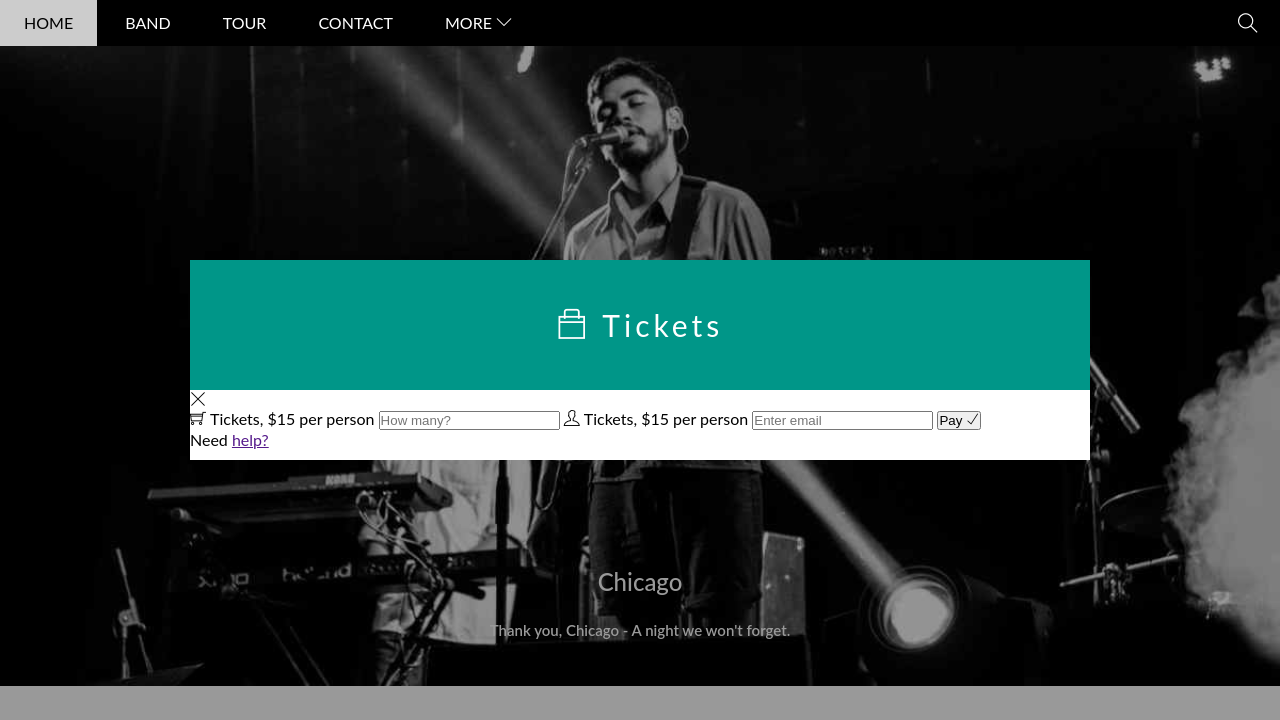
Repository: tatvanhco/web-dau-tay
Page: index.html
The author's editor kept a copy of each file at every save. The page is drawn from the files as they stood at one save, then again after the next save.
The browser window is 1280 px wide. The pictures show the window.
A layer covers the whole window, so only the first screen is drawn.

Above is the page before, as saved 2022-01-24 17:40:28.

### index.html
<!DOCTYPE html>
<html lang="en">
<head>
    <meta charset="UTF-8">
    <!-- <meta http-equiv="X-UA-Compatible" content="IE=edge"> -->
    <meta name="viewport" content="width=device-width, initial-scale=1.0">
    <title>the band</title>
    <link rel="shortcut icon" href="./assets/img/band/logo.png" type="image/x-icon">
    <link rel="stylesheet" href="./assets/fronts/themify-icons/themify-icons.css">
    <link rel="stylesheet" href="./assets/css/style.css">
    <link rel="stylesheet" href="./assets/css/responsive.css">
</head>
<body>
    <div id="main">
        <div id="header">
            <ul id="nav">
                <li><a href="#">home</a></li>
                <li><a href="#band">band</a></li>
                <li><a href="#tour">tour</a></li>
                <li><a href="#contact">contact</a></li>
                <li>
                    <a href="#">more
                        <i class="drop-down ti-angle-down"></i>
                    </a>
                    <div class="subnav">
                        <ul>
                            <li><a href="#">Merchandise</a></li>
                            <li><a href="#">Extras</a></li>
                            <li><a href="#">Media</a></li>
                        </ul>
                    </div>
                </li>
            </ul>
            <div class="search-btn">
                <i class="search-icon ti-search"></i>
            </div>
        </div>
        <div id="slide">
            <div class="text-content">
                <h2 class="text-heading">Chicago</h2>
                <div class="text-desc">Thank you, Chicago - A night we won't forget.</div>
            </div>
        </div>
        <div id="content">
            <div id="band" class="content-section">
                <h2 class="section-heading">THE BAND</h2>
                <p class="section-sub-heading">We love music</p>
                <p class="about">
                    We have created a fictional band website. Lorem ipsum dolor sit amet, consectetur adipiscing elit, sed do eiusmod tempor incididunt ut labore et dolore magna aliqua. Ut enim ad minim veniam, quis nostrud exercitation ullamco laboris nisi ut aliquip ex ea commodo consequat. Duis aute irure dolor in reprehenderit in voluptate velit esse cillum dolore eu fugiat nulla pariatur. Excepteur sint occaecat cupidatat non proident, sunt in culpa qui officia deserunt mollit anim id est laborum consectetur adipiscing elit, sed do eiusmod tempor incididunt ut labore et dolore magna aliqua. Ut enim ad minim veniam, quis nostrud exercitation ullamco laboris nisi ut aliquip ex ea commodo consequat.
                </p>
                <div class="row team">
                    <div class="col col-3 text-center">
                        <p class="team-name">Name</p>
                        <img src="./assets/img/band/member.jpg" class="team-img">
                    </div>

                    <div class="col col-3 text-center">
                        <p class="team-name">Name</p>
                        <img src="./assets/img/band/member.jpg" class="team-img">
                    </div>

                    <div class="col col-3 text-center">
                        <p class="team-name">Name</p>
                        <img src="./assets/img/band/member.jpg" class="team-img">
                    </div>
                </div>
            </div>

            <div id="tour" class="tour-section">
                <div class="content-section">
                    <h2 class="text-white section-heading">TOUR DATES</h2>
                    <p class="text-white section-sub-heading">Remember to book your tickets!</p>
                    <ul class="ticket-list">
                        <li>September<span class="soldout">Sold out</span></li>
                        <li>October<span class="soldout">Sold out</span></li>
                        <li>November<span class="quatity">3</span></li>
                    </ul>
                    <div class="row place-list">
                        <div class="col col-3">
                            <img src="./assets/img/places/place1.jpg" class="place-img">
                            <div class="place-body">
                                <h3 class="place-heading">New York</h3>
                                <p class="place-time">Fri 27 Nov 2016</p>
                                <p class="place-desc">Praesent tincidunt sed tellus ut rutrum sed vitae justo.</p>
                                <a href="#" class="btn">Buy Tickets</a>
                            </div>
                        </div>
                        <div class="col col-3">
                            <img src="./assets/img/places/place2.jpg" class="place-img">
                            <div class="place-body">
                                <h3 class="place-heading">Paris</h3>
                                <p class="place-time">Sat 28 Nov 2016</p>
                                <p class="place-desc">Praesent tincidunt sed tellus ut rutrum sed vitae justo.</p>
                                <a href="#" class="btn">Buy Tickets</a>
                            </div>
                        </div>
                        <div class="col col-3">
                            <img src="./assets/img/places/place3.jpg" class="place-img">
                            <div class="place-body">
                                <h3 class="place-heading">San Francisco</h3>
                                <p class="place-time">Sun 29 Nov 2016</p>
                                <p class="place-desc">Praesent tincidunt sed tellus ut rutrum sed vitae justo.</p>
                                <a href="#" class="btn">Buy Tickets</a>
                            </div>
                        </div>
                    </div>
                </div>
            </div>

            <div id="contact" class="content-section">
                <h2 class="section-heading">CONTACT</h2>
                <p class="section-sub-heading">Fan? Drop a note!</p>
                <div class="row contact-content">
                    <div class="col col-2 contact-info">
                        <p><i class="ti-location-pin"></i>Chicago, US</p>
                        <p><i class="ti-mobile"></i>Phone: +00 151515</p>
                        <p><i class="ti-email"></i>Email: mail@mail.com</p>
                    </div>
                    <div class="col col-2 contact-form">
                        <form action="">
                            <div class="row">
                                <div class="col col-2">
                                    <input type="text" placeholder="Name" required class="form-control">
                                </div>
                                <div class="col col-2">
                                    <input type="email" placeholder="Email" required class="form-control">
                                </div>
                            </div>
                            <div class="row mt-8">
                                <div class="col col-full">
                                    <input type="text" placeholder="Message" required class="form-control">
                                </div>
                            </div>
                            <input class="btn pull-right mt-16" type="submit" value="SEND">
                        </form>
                    </div>
                </div>
            </div>

            <div class="map-section">
                <img src="./assets/img/places/map.jpg" alt="map">
            </div>
        </div>

        <div id="footer">
            <div class="end-list">
                <a href=""><i class="ti-facebook"></i></a>
                <a href=""><i class="ti-instagram"></i></a>
                <a href=""><i class="ti-github"></i></a>
                <a href=""><i class="ti-pinterest"></i></a>
                <a href=""><i class="ti-twitter-alt"></i></a>
                <a href=""><i class="ti-linkedin"></i></a>
            </div>
            <p class="copy-right">Powered by <a href="https://www.w3schools.com/w3css/default.asp">W3.css</a></p>
        </div>
    </div>

    <div class="modal">
        <div class="modal-container">
            <header class="modal-header">
                <i class="ti-bag"></i>
                Tickets
            </header>
            <div class="close-btn">
                <i class="ti-close"></i>
            </div>
            <div class="modal-body">
                <label for="" class="modal-label">
                    <i class="ti-shopping-cart"></i>
                    Tickets, $15 per person
                </label>
                <input type="text" placeholder="How many?" class="modal-input">

                <label for="" class="modal-label">
                    <i class="ti-user"></i>
                    Tickets, $15 per person
                </label>
                <input type="email" placeholder="Enter email" class="modal-input">

                <button class="buy-titkets">
                    Pay <i class="ti-check"></i>
                </button>
            </div>
            <footer class="modal-footer">
                <p class="modal-help">Need <a href="">help?</a> </p>
            </footer>
        </div>
    </div>
</body>
</html>

### assets/css/style.css
/* reset trang */
* {
    margin: 0;
    padding: 0;
    box-sizing: border-box;
}

html {
    scroll-behavior: smooth;
    font-family: "Lato", sans-serif;
}
/* dùng chung */
.clear {
    clear: both;
}

.text-white {
    color: #fff !important;
}

.text-center {
    text-align: center;
}

.pull-right {
    float: right !important;
}

.btn {
    color: #fff;
    background-color: #000;
    text-decoration: none;
    padding: 12px 16px;
    margin-top: 15px;
    display: inline-block;
    border: none;
}

.btn:hover {
    color: #000;
    background-color: #ccc;
    cursor: pointer;
}


.row {
    margin-left: -8px;
    margin-right: -8px;
}

.row::after {
    content: "";
    display: block;
    clear: both;
}

.col {
    float: left;
    padding-left: 8px;
    padding-right: 8px;
}

.col-3 {
    width: 33.33333%;
}

.col-2 {
    width: 50%;
}

.col-full {
    width: 100%;
}

.mt-8 {
    margin-top: 8px !important;
}

.mt-16 {
    margin-top: 16px !important;
}
/* css từng thành phần */
#header {
    width: 100%;
    height: 46px;
    background-color: #000;
    position: fixed;
    top: 0;
    left: 0;
    right: 0;
    z-index: 1;
}
#nav {
    display: inline-block;
}

#nav > li {
    display: inline-block;
}

#nav li {
    position: relative;
    list-style-type: none;
}

#nav > li > a {
    color: #fff;
    text-transform: uppercase;
}

#nav li a {
    text-decoration: none;
    padding: 0 24px;
    line-height: 46px;
    display: block;

}

#nav li:hover .subnav {
    display: block;
}

#nav .subnav li:hover a,
#nav > li:hover > a {
    background-color: #ccc;
    color: #000;
}

#nav .subnav {
    display: none;
    min-width: 160px;
    position: absolute;
    top: 100%;
    left: 0;
    background-color: #fff;
    box-shadow: 0 0 10px rgba(0, 0, 0, 0.3);
}

#nav .subnav a {
    color: #000;
    padding: 0px 24px;
    line-height: 38px;
}

#header .search-btn {
    float: right;
    padding: 0 22px;
    cursor: pointer;
}

#header .search-btn:hover {
    background-color: #f44336;
}

#header .search-icon {
    color: #fff;
    font-size: 20px;
    line-height: 46px;
}

#slide {
    position: relative;
    margin-top: 46px;
    padding-top: 50%;
    background: url(/assets/img/slider/chicago.jpg) top center / cover no-repeat;
}

#slide .text-content {
    color: #fff;
    position: absolute;
    bottom: 47px;
    /* cách canh giữa
    left: 50%;
    transform: translateX(-50%); */
    width: 100%;
    text-align: center;
}

#slide .text-heading {
    font-weight: 500;
    font-size: 24px;
}

#slide .text-desc {
    font-weight: 600;
    margin-top: 25px;
    font-size: 15px;
}

#content {

}

#content .content-section {
    max-width: 800px;
    margin-left: auto;
    margin-right: auto;
    padding: 64px 0 112px;
}

#content .section-heading,
#content .section-sub-heading {
    text-align: center;
    margin: 25px 0;
}

#content .section-heading {
    font-size: 30px;
    font-weight: 500;
    letter-spacing: 4px;
}

#content .section-sub-heading {
    font-size: 15px;
    opacity: 0.5;
    font-style: italic;
}

#content .about {
    text-align: justify;
    line-height: 1.5;
}

#content .team {
    margin-top: 48px;
}

#content .team-name {
    margin: 15px 0;
}

#content .team-img {
    width: 60%;
    border-radius: 4px;
    text-align: center;
}

.tour-section {
    background-color: #000;
}

.ticket-list {
    background-color: #fff;
}

.ticket-list li {
    color: #757575;
    list-style-type: none;
    font-size: 15px;
    border: 1px solid #ddd;
    padding: 11px 16px;
}

.ticket-list .soldout {
    color: #fff;
    margin-left: 12px;
    padding: 5px 7px;
    background-color: #f44336;
}

.ticket-list .quatity {
    float: right;
    width: 24px;
    height: 24px;
    border-radius: 50%;
    background-color: #000;
    color: #fff;
    text-align: center;
    line-height: 24px;
    margin-top: -2px;
}

.place-list {
    /* margin: 32px 48px; */
    margin-top: 32px;
    /* margin-bottom: 48px; */
}

.place-img {
    width: 100%;
    display: block;
}

.place-img:hover {
    opacity: 0.6;
}

.place-body {
    background-color: #fff;
    padding: 16px;
    font-size: 15px;
}

.place-heading {
    font-size: 15px;
    font-weight: 600;
}

.place-time {
    color: #757575;
    margin-top: 15px;
}

.place-desc {
    margin-top: 15px;
}

/* contact-form */
.contact-content {
    margin-top: 48px;

}

.contact-info {
    font-size: 18px;
    line-height: 1.5;
}

.contact-info i[class*="ti-"] {
    width: 30px;
    display: inline-block;
}

.contact-form {
    font-size: 15px;
}

.contact-form .form-control {
    padding: 10px;
    border: 1px solid #ccc;
    width: 100%;
}

.map-section img {
    width: 100%;
    filter: grayscale(50%);
}

#footer {
    padding: 64px 16px;
    text-align: center;
}

#footer .end-list {
    font-size: 24px;
}

#footer .end-list a {
    text-decoration: none;
    color: rgba(0, 0, 0, 0.6);
}

#footer .end-list a:hover {
    color: rgba(0, 0, 0, 0.8);
}

#footer .copy-right {
    font-size: 15px;
    margin: 20px;
    color: rgba(0, 0, 0, 0.6);
}

#footer .copy-right a {
    color: rgba(0, 0, 0, 0.6);
}

.modal {
    position: fixed;
    top: 0;
    bottom: 0;
    left: 0;
    right: 0;
    background-color: rgba(0, 0, 0, 0.4);
    display: flex;
    align-items: center;
    justify-content: center;
}

header.modal-header {
    color: #fff;
    background-color: #009688;
    height: 130px;
    text-align: center;
    line-height: 130px;
    font-size: 30px;
    letter-spacing: 4px;
}

.modal-container {
    background-color: #fff;
    width: 900px;
    min-height: 200px;
}

Loaded but not shown: assets/fronts/themify-icons/themify-icons.css (common file); assets/css/responsive.css (no copy from this time; the picture is the same without it)

After the next save:
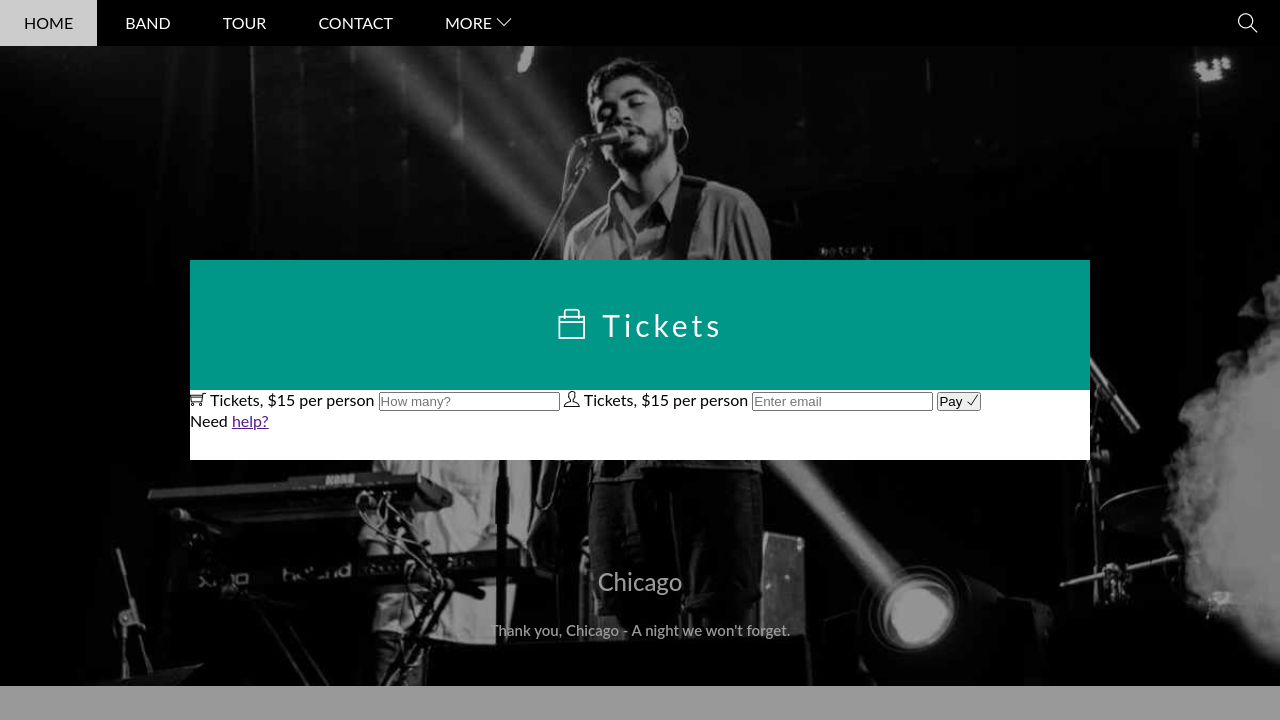
Saved 74 s later.
--- a/assets/css/style.css
+++ b/assets/css/style.css
@@ -384,6 +384,13 @@ header.modal-header {
     line-height: 130px;
     font-size: 30px;
     letter-spacing: 4px;
+    position: relative;
+}
+
+.close-btn {
+    position: absolute;
+    top: 0;
+    right: 0;
 }
 
 .modal-container {
